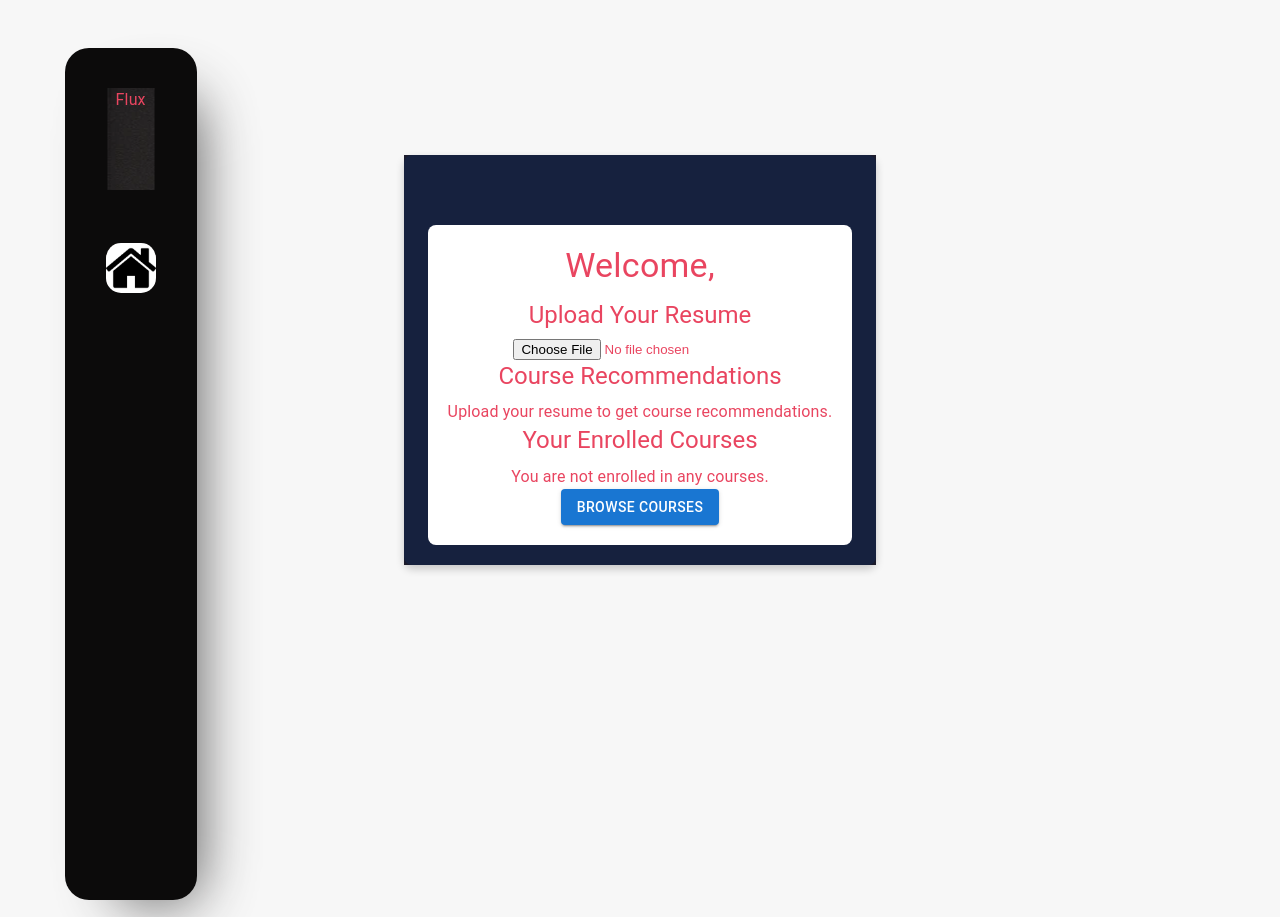
Repository: jvt2/OnlineCourseApp
Page: /dashboard
These files come from the project's save history. The page is drawn as it stood at one moment and after the next save; the edit follows.
The browser window is 1280 px wide. The pictures show the whole page.
The page's requests for data from a server got no answer. The project was rebuilt for these pictures with package versions that can differ from the ones it lists, and the page was loaded fresh each time. No one was signed in, and anything a server would have sent is missing. Also part of the build but not shown: src/features/auth/Register.js, src/features/auth/Login.js, src/features/courses/ResumeUpload.js, src/features/courses/CourseRecommendations.js, src/components/common/MyModal.js, src/features/courses/CourseCatalog.js, src/features/courses/CourseDetail.js, src/components/common/Navbar.js and 3 more. Imported but missing from the stored project, and not drawn on this page: src/app/reportWebVitals.

Above is the page before, as saved 2024-07-14 21:51:01.

### src/index.js
import React from 'react';
import ReactDOM from 'react-dom/client';
import { Provider } from 'react-redux';
import store from './redux/store';
import './index.css';
import App from './app/App';
import reportWebVitals from './app/reportWebVitals';

const root = ReactDOM.createRoot(document.getElementById('root'));
root.render(
  <React.StrictMode>
    <App />
  </React.StrictMode>
);

// If you want to start measuring performance in your app, pass a function
// to log results (for example: reportWebVitals(console.log))
// or send to an analytics endpoint. Learn more: https://bit.ly/CRA-vitals
reportWebVitals();

### src/redux/store.js
// src/redux/store.js

import { configureStore } from '@reduxjs/toolkit';
import userReducer from './userReducer';

const store = configureStore({
  reducer: {
    user: userReducer,
  },
});

export default store;

### src/app/App.js
import { BrowserRouter as Router, Route, Routes } from 'react-router-dom';
import React, { useState } from 'react';
import logo from '../logo.svg';
import './App.css';
import Register from '../features/auth/Register';
import Login from '../features/auth/Login';
import CourseCatalog from '../features/courses/CourseCatalog';
import CourseDetail from '../features/courses/CourseDetail';
import UserDashboard from '../features/dashboard/Dashboard';
import Navbar from '../components/common/Navbar';
import { Provider } from 'react-redux';
import store from '../redux/store'; // import your Redux store here
import Logout from '../features/auth/Logout'; // Import the Logout component
import Chatbot from '../features/chatbot/Chatbot';
import CourseRecommendations from '../features/courses/CourseRecommendations';
import axios from 'axios';
import ResumeUpload from '../features/courses/ResumeUpload';
import LandingPage from '../components/common/LandingPage';

function App() {
  const [loggedIn, setLoggedIn] = useState(false);
  const [users, setUsers] = useState([]);
  const [currentUser, setCurrentUser] = useState(null);
  const [recommendations, setRecommendations] = useState([]);

  const handleResumeUpload = (newRecommendations) => {
    console.log('New Recommendations:', newRecommendations);
    setRecommendations(newRecommendations);
  };

  const [courses, setCourses] = useState([
    {id: 1, name: 'Course 1', description: 'This is course 1'},
    {id: 2, name: 'Course 2', description: 'This is course 2'}
  ]);

  const handleRegister = async (username, password) => {
    try {
      const response = await axios.post('http://localhost:3001/register', { username, password });
      alert(response.data.message);
      // Log in the new user if registration is successful
      handleLogin(username, password);
    } catch (error) {
      alert(error.response.data.message);
    }
  };

  const handleLogin = async (username, password) => {
    try {
      const response = await axios.post('http://localhost:3001/login', { username, password });
      localStorage.setItem('token', response.data.token);
      setLoggedIn(true);
      setCurrentUser({ username });
    } catch (error) {
      alert('Login failed. Please check your username and password.');
    }
  };

  const handleEnroll = async (course) => {
    try {
      const token = localStorage.getItem('token');
      await axios.post('http://localhost:3001/enroll', { courseId: course.id }, {
        headers: { 'Authorization': `Bearer ${token}` }
      });
      setEnrolledCourses([...enrolledCourses, course]);
    } catch (error) {
      console.error('Enrollment failed', error);
    }
  };

  const [enrolledCourses, setEnrolledCourses] = useState([]);
  const [isModalOpen, setIsModalOpen] = useState(false);

  const handleSelectRecommendation = (recommendation) => {
    const newCourse = {
      id: courses.length + 1,
      name: recommendation.text,
      description: 'This is a recommended course based on your resume.'
    };

    setCourses([...courses, newCourse]);
    setEnrolledCourses([...enrolledCourses, newCourse]);
    setIsModalOpen(false);
  };

  return (
    <Provider store={store}>
      <Router>
        <div className="App">
          <Routes>
            <Route path="/" element={<LandingPage />} />
            <Route path="/register" element={<Register />} />
            <Route path="/login" element={<Login />} />
            <Route path="/dashboard" element={<UserDashboard />} /> {/* Added this line */}
          </Routes>
        </div>
      </Router>
    </Provider>
  );
}

export default App;

### src/redux/userReducer.js
// src/redux/userReducer.js
// src/redux/userReducer.js
import { createSlice } from '@reduxjs/toolkit';

const initialState = {
  id: null,
  email: null,
  token: null,
};

const userSlice = createSlice({
  name: 'user',
  initialState,
  reducers: {
    logIn(state, action) {
      state.id = action.payload.id;
      state.email = action.payload.email;
      state.token = action.payload.token;
    },
    logOut(state) {
      state.id = null;
      state.email = null;
      state.token = null;
    },
  },
});

export const { logIn, logOut } = userSlice.actions;
export default userSlice.reducer;

### src/app/App.css
/* App.css */
:root {
  --primary-bg-color: #1E1E2F;
  --secondary-bg-color: #282840;
  --primary-text-color: #F5F5F5;
  --link-color: #61dafb;
  --accent-color: #FF6B6B;
  --navbar-height: 4rem;
  --content-padding: 20px;
  --border-radius: 8px;
  --transition-duration: 0.3s;
  --gradient-bg-color: linear-gradient(120deg, #84fab0 0%, #8fd3f4 100%);
}

.App {
  text-align: center;
  font-family: 'Arial', sans-serif;
  background-color: var(--primary-bg-color);
}

.App-logo {
  height: 40vmin;
  pointer-events: none;
  filter: drop-shadow(0 0 10px var(--accent-color));
}

.App-header {
  background-color: var(--secondary-bg-color);
  min-height: 100vh;
  display: flex;
  flex-direction: column;
  align-items: center;
  justify-content: center;
  font-size: calc(10px + 2vmin);
  color: var(--primary-text-color);
  border-bottom-left-radius: var(--border-radius);
  border-bottom-right-radius: var(--border-radius);
}

.App-link {
  color: var(--link-color);
  transition: color var(--transition-duration);
}

.App-link:hover {
  color: var(--accent-color);
}

@media (prefers-reduced-motion: no-preference) {
  .App-logo {
    animation: App-logo-spin infinite 20s linear;
  }
}

@keyframes App-logo-spin {
  from {
    transform: rotate(0deg);
  }
  to {
    transform: rotate(360deg);
  }
}

.site-navbar {
  display: flex;
  align-items: center;
  background: var(--gradient-bg-color);
  padding: 10px 20px;
  height: var(--navbar-height);
  font-weight: 500;
  box-shadow: 0 4px 6px rgba(0, 0, 0, 0.1);
}

.navbar-nav {
  display: flex;
  align-items: center;
  list-style: none;
  margin: 0;
  padding: 0;
  flex-grow: 1;
  justify-content: center;
}

.nav-item {
  display: flex;
  align-items: center;
  justify-content: center;
  text-decoration: none;
  color: var(--primary-text-color);
  padding: 15px 25px;
  transition: all 0.3s ease-in-out;
  border-radius: var(--border-radius);
  position: relative;
}

.nav-item:before {
  content: '';
  position: absolute;
  top: 0;
  left: 0;
  width: 0;
  height: 100%;
  background: var(--accent-color);
  border-radius: var(--border-radius);
  transition: width 0.3s ease-in-out;
  z-index: -1;
}

.nav-item:hover:before {
  width: 100%;
}

.nav-item:hover {
  color: var(--secondary-bg-color);
  box-shadow: 0 4px 8px rgba(0, 0, 0, 0.2);
  text-decoration: none;
}

.navbar-brand {
  margin-right: auto;
  color: var(--primary-text-color);
  font-size: 1.5em;
  font-weight: bold;
}

.App-content {
  padding: var(--content-padding);
  color: var(--primary-text-color);
}

.App-footer {
  text-align: center;
  padding: var(--content-padding);
  background-color: var(--secondary-bg-color);
  color: var(--primary-text-color);
  box-shadow: 0 -4px 6px rgba(0, 0, 0, 0.1);
}

.course-recommendations {
  width: 80%;
  margin: auto;
  background: #f9f9f9;
  padding: 20px;
  border-radius: 5px;
  box-shadow: 0px 0px 10px rgba(0, 0, 0, 0.1);
}

.course-recommendations h2 {
  text-align: center;
  color: #333;
}

.course-recommendations .course {
  padding: 10px 0;
  border-bottom: 1px solid #eee;
}

.course-recommendations .course:last-child {
  border-bottom: none;
}

.course-recommendations .course button {
  margin-left: 10px;
}

body {
  background-color: #1a1a2e;
  color: #e94560;
}

.MuiContainer-root {
  background-color: #16213e;
  border-radius: 8px;
  padding: 20px;
  box-shadow: 0 4px 8px rgba(0, 0, 0, 0.2);
}

.customTextField .MuiInputBase-input {
  color: #fff;
  background-color: rgba(255, 255, 255, 0.1);
}

.customTextField .MuiInputLabel-root {
  color: rgba(255, 255, 255, 0.7);
}

.customTextField .MuiInputLabel-root.Mui-focused {
  color: #fff;
}

.customTextField .MuiOutlinedInput-root {
  &.Mui-focused .MuiOutlinedInput-notchedOutline {
    border-color: #fff;
  }
  & .MuiOutlinedInput-notchedOutline {
    border-color: rgba(255, 255, 255, 0.5);
  }
}

### src/features/dashboard/Dashboard.js
// src/features/dashboard/Dashboard.js
import React, { useEffect, useState } from 'react';
import axios from 'axios';
import { useSelector } from 'react-redux';
import { Container, Typography, Button, Box, List, ListItem, ListItemText } from '@mui/material';
import { useNavigate } from 'react-router-dom';
import './Dashboard.css'; // Correct import for CSS

function Dashboard() {
  const [enrolledCourses, setEnrolledCourses] = useState([]);
  const [recommendations, setRecommendations] = useState([]);
  const token = useSelector(state => state.user.token);
  const userId = useSelector(state => state.user.id);
  const userEmail = useSelector(state => state.user.email);
  const navigate = useNavigate();

  useEffect(() => {
    const fetchEnrolledCourses = async () => {
      try {
        const response = await axios.get(`http://localhost:3001/user/${userId}/courses`, {
          headers: { Authorization: `Bearer ${token}` }
        });
        setEnrolledCourses(response.data);
      } catch (error) {
        console.error('Error fetching enrolled courses:', error);
      }
    };

    const fetchRecommendations = async () => {
      try {
        const response = await axios.get(`http://localhost:3001/user/${userId}/recommendations`, {
          headers: { Authorization: `Bearer ${token}` }
        });
        setRecommendations(response.data);
      } catch (error) {
        console.error('Error fetching recommendations:', error);
      }
    };

    fetchEnrolledCourses();
    fetchRecommendations();
  }, [userId, token]);

  const handleResumeUpload = async (event) => {
    const formData = new FormData();
    formData.append('resume', event.target.files[0]);

    try {
      const response = await axios.post('http://localhost:3001/uploadResume', formData, {
        headers: {
          'Content-Type': 'multipart/form-data',
          Authorization: `Bearer ${token}`,
        },
      });
      setRecommendations(response.data.recommendations);
    } catch (error) {
      console.error('Error uploading resume:', error);
    }
  };

  return (
    <Container component="main" maxWidth="md">
      <Box className="sidebar">
        <div className="sidebar-blur"></div>
        <div className="sidebar-main">
          <Typography className="sidebar-logo">Flux</Typography>
          <div className="sidebar-icon icon-home"></div>
          <div className="sidebar-icon icon-graduation"></div>
          <div className="sidebar-icon icon-user"></div>
          <div className="sidebar-icon icon-message"></div>
          <div className="sidebar-icon icon-settings"></div>
          <div className="sidebar-icon icon-logout"></div>
        </div>
      </Box>
      <Box className="dashboard-container">
        <Typography className="dashboard-header" variant="h4" gutterBottom>
          Welcome, {userEmail}
        </Typography>
        <Box className="upload-container">
          <Typography variant="h5" gutterBottom>
            Upload Your Resume
          </Typography>
          <input type="file" onChange={handleResumeUpload} accept=".pdf,.doc,.docx,.txt" />
        </Box>
        <Box className="recommendations-container">
          <Typography variant="h5" gutterBottom>
            Course Recommendations
          </Typography>
          {recommendations.length > 0 ? (
            <List>
              {recommendations.map((rec, index) => (
                <ListItem key={index}>
                  <ListItemText primary={rec.title} secondary={rec.description} />
                </ListItem>
              ))}
            </List>
          ) : (
            <Typography variant="body1">Upload your resume to get course recommendations.</Typography>
          )}
        </Box>
        <Box className="enrolled-courses-container">
          <Typography variant="h5" gutterBottom>
            Your Enrolled Courses
          </Typography>
          {enrolledCourses.length > 0 ? (
            <List>
              {enrolledCourses.map(course => (
                <ListItem key={course.id}>
                  <ListItemText primary={course.name} />
                </ListItem>
              ))}
            </List>
          ) : (
            <Typography variant="body1">You are not enrolled in any courses.</Typography>
          )}
        </Box>
        <Box className="button-container">
          <Button variant="contained" color="primary" onClick={() => navigate('/courses')}>
            Browse Courses
          </Button>
        </Box>
      </Box>
    </Container>


  );
}

export default Dashboard;

### src/features/auth/Logout.js
// Logout.js
import { useEffect } from 'react';
import { useDispatch } from 'react-redux';
import { useNavigate } from 'react-router-dom';
import { logOut } from '../../redux/reducers/userslice'; // Import the logOut action

function Logout() {
  const navigate = useNavigate();
  const dispatch = useDispatch();

  useEffect(() => {
    localStorage.removeItem('token'); // Remove the token from local storage
    dispatch(logOut()); // Dispatch the logOut action
    navigate('/login'); // Navigate to the login page
  }, [dispatch, navigate]);

  return null;
}

export default Logout;

### src/components/common/LandingPage.css
body {
    display: flex;
    justify-content: center;
    align-items: center;
    height: 100vh;
    background-color: #f7f7f7;
    margin: 0;
    font-family: 'Roboto', sans-serif;
  }

  .sign-in-container {
    display: flex;
    justify-content: center;
    align-items: center;
    height: 100%;
    width: 100%;
  }

  .sign-in-form {
    background-color: white;
    padding: 60px;
    border-radius: 10px;
    box-shadow: 0 4px 8px rgba(0, 0, 0, 0.1);
    text-align: center;
    max-width: 600px;
    width: 90%;
  }

  .logo {
    width: 200px;
    height: 200px;
    margin-bottom: 30px;
    background-color: white;
    border-radius: 10px;
  }

  h1 {
    margin: 0;
    font-size: 32px;
    font-weight: 700;
  }

  .subtitle {
    margin: 10px 0;
    color: #555;
    font-size: 18px;
  }

  .google-sign-in {
    background-color: #ffffff;
    color: #000;
    border: 1px solid #ccc;
    padding: 15px;
    width: 100%;
    border-radius: 5px;
    margin-bottom: 30px;
    display: flex;
    justify-content: center;
    align-items: center;
    cursor: pointer;
    font-size: 18px;
    font-weight: 500;
    transition: background-color 0.3s;
  }

  .google-sign-in:hover {
    background-color: #f0f0f0;
  }

  .google-logo {
    width: 25px;
    margin-right: 10px;
  }

  .separator {
    display: flex;
    align-items: center;
    text-align: center;
    margin: 30px 0;
    color: #aaa;
    font-size: 18px;
  }

  .separator::before,
  .separator::after {
    content: '';
    flex: 1;
    border-bottom: 1px solid #ccc;
  }

  .separator:not(:empty)::before {
    margin-right: .5em;
  }

  .separator:not(:empty)::after {
    margin-left: .5em;
  }

  .email-input,
  .password-input {
    width: 100%;
    padding: 15px;
    margin-bottom: 30px;
    border: 1px solid #ccc;
    border-radius: 5px;
    font-size: 18px;
    transition: border-color 0.3s;
  }

  .email-input:focus,
  .password-input:focus {
    border-color: #007bff;
    outline: none;
  }

  .continue-button {
    background-color: #9b51e0;
    color: white;
    border: none;
    padding: 15px;
    width: 100%;
    border-radius: 5px;
    font-size: 18px;
    font-weight: 500;
    cursor: pointer;
    transition: background-color 0.3s;
    margin-bottom: 10px; /* Add margin to separate the buttons */
  }

  .continue-button:hover {
    background-color: #7a3bc0;
  }

  .email-error {
    color: red;
    margin-top: 10px;
    font-size: 14px;
  }


  .back-button {
    background-color: #ccc;
    color: white;
    border: none;
    padding: 15px;
    width: 100%;
    border-radius: 5px;
    font-size: 18px;
    font-weight: 500;
    cursor: pointer;
    transition: background-color 0.3s;
    margin-bottom: 10px; /* Add margin to separate the buttons */
  }

  .back-button:hover {
    background-color: #aaa;
  }

  .sign-up-link {
    margin-top: 30px;
    color: #aaa;
    font-size: 18px;
  }

  .sign-up-link a {
    color: #9b51e0;
    text-decoration: none;
  }

  .sign-up-link a:hover {
    text-decoration: underline;
  }

### src/features/dashboard/Dashboard.css
/* Dashboard CSS */

/* General styles for the dashboard */
.dashboard-container {
    background: #FFFFFF;
    padding: 20px;
    border-radius: 8px;
    margin-top: 50px;
    text-align: center;
  }

  /* Sidebar styles */
  .sidebar {
    position: absolute;
    width: 132px;
    height: 853.12px;
    left: 32.34px;
    top: 24.02px;
    display: flex;
    flex-direction: column;
    align-items: center;
    justify-content: space-around; /* Evenly distribute space around the items */
    padding: 20px 0;
  }

  .sidebar-blur {
    position: absolute;
    width: 81.01px;
    height: 804px;
    left: 83.32px;
    top: 73.14px;
    background: #0C0B0B;
    opacity: 0.7;
    filter: blur(30px);
    border-radius: 24px;
  }

  .sidebar-main {
    position: absolute;
    width: 132px;
    height: 852px;
    left: 32.34px;
    top: 24.02px;
    background: #0C0B0B;
    border-radius: 24px;
  }

  .sidebar-logo {
    position: absolute;
    width: 47px;
    height: 102px;
    left: 74.46px;
    top: 39.67px;
    font-family: 'Baloo Bhai';
    font-style: normal;
    font-weight: 400;
    font-size: 64px;
    line-height: 102px;
    background-image: url('/public/assets/sidebar-logo-1.png');
    position: absolute;
    left: 50%;
    transform: translateX(-50%);
    margin-bottom: 40px; /* Adjust as needed */
  }

  .sidebar-icon {
    position: absolute;
    width: 26px;
    height: 26px;
    left: 85.15px;
    margin-bottom: 30px; /* Adjust as needed */
  }

  .sidebar-icon.icon-home {
    width: 50px;
    height: 50px;
    background-image: url('/public/assets/home-icon-1.png');
    border-radius: 30%;
    position: absolute;
    left: 50%;
    transform: translateX(-50%);
    background-size: contain;
    background-repeat: no-repeat;
    top:22.84%;
  }

  .icon-graduation {
    top: 32.84%;
    background-position: center;
  }

  .icon-user {
    top: 42.46%;
    background-position: center;
  }

  .icon-message {
    top: 52.44%;
    background-position: center;
  }

  .icon-settings {
    top: 62.11%;
  }

  .icon-logout {
    top: 89.95%;
    background-position: center;
  }

  .icon-background {
    background: #FFFFFF;
    background-position: center;
  }

### src/redux/reducers/userslice.js
import { createSlice } from '@reduxjs/toolkit';

const userSlice = createSlice({
  name: 'user',
  initialState: { name: '', loggedIn: false },
  reducers: {
    logIn: (state, action) => {
      state.name = action.payload.name;
      state.loggedIn = true;
    },
    logOut: (state) => {
      state.name = '';
      state.loggedIn = false;
    }
  }
});

export const { logIn, logOut } = userSlice.actions;
export default userSlice.reducer;

Loaded but not shown: public/index.html (common file); src/index.css (common file)

After the next save:
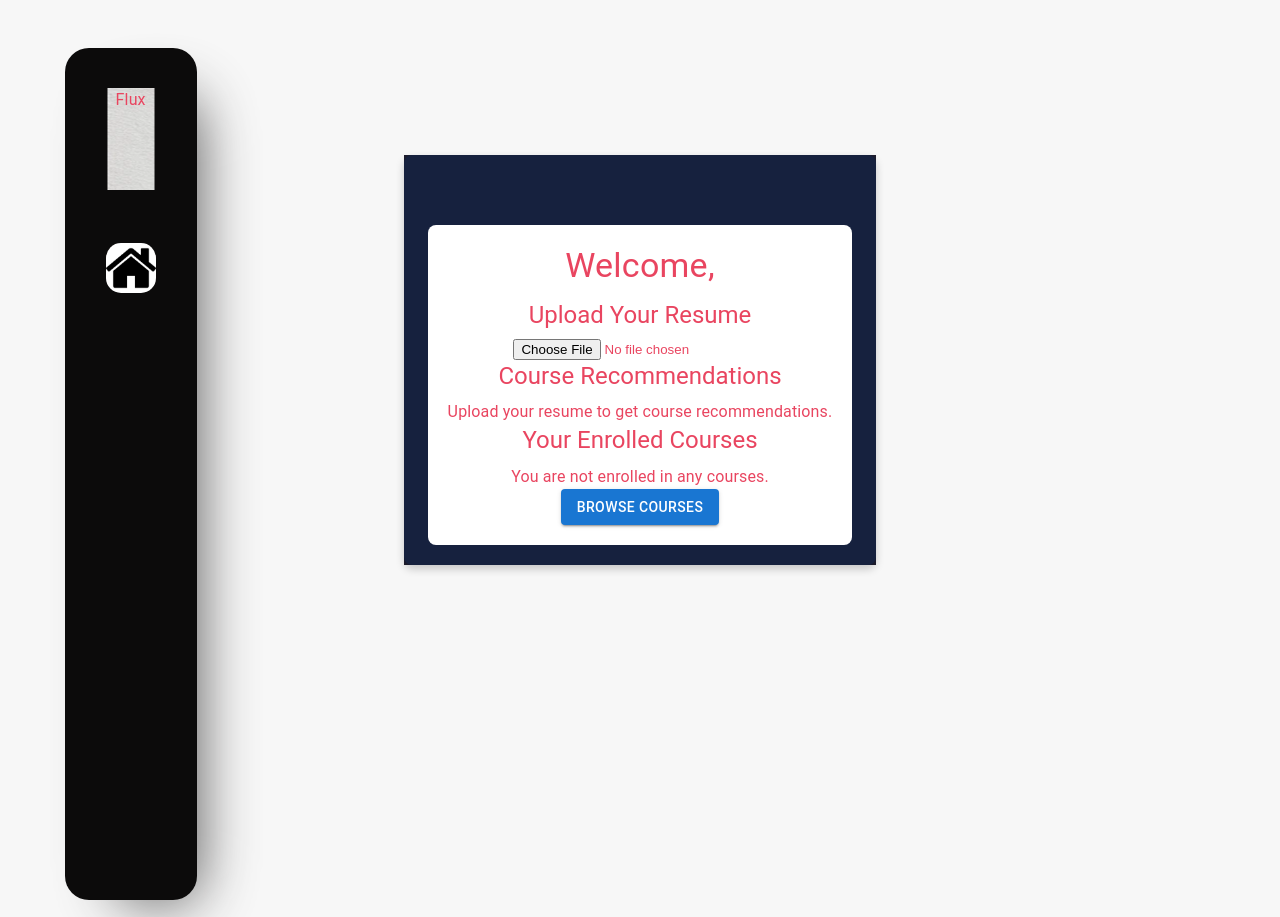
Saved 81 s later.
--- a/src/features/dashboard/Dashboard.css
+++ b/src/features/dashboard/Dashboard.css
@@ -56,7 +56,7 @@
     font-weight: 400;
     font-size: 64px;
     line-height: 102px;
-    background-image: url('/public/assets/sidebar-logo-1.png');
+    background-image: url('/public/assets/flux_1.png');
     position: absolute;
     left: 50%;
     transform: translateX(-50%);
